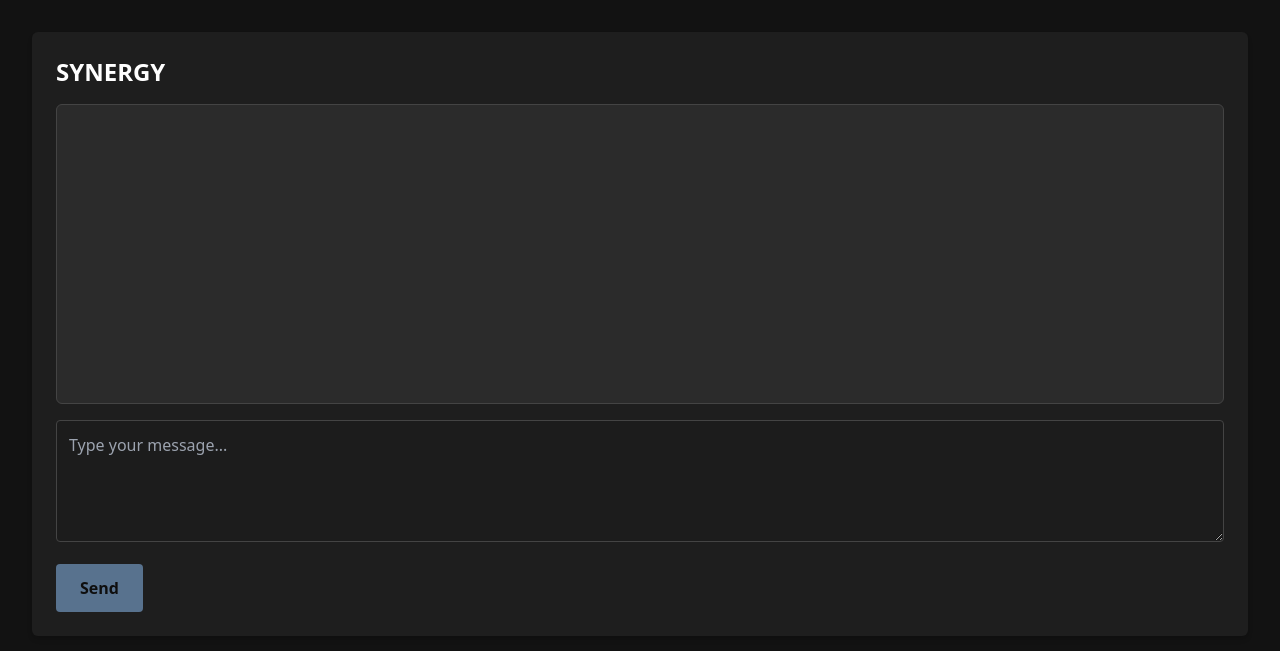
Repository: Theanh0410/Pre-thesis
Page: / (app in LLM/client/)
The author's editor kept a copy of each file at every save. The page is drawn from the files as they stood at one save, then again after the next save.
The browser window is 1280 px wide. The pictures show the whole page.
The project was rebuilt for these pictures with package versions that can differ from the ones it lists, and the page was loaded fresh each time. The framework's server and built-in components were replaced by stand-ins that run in the browser. Also part of the build but not shown: LLM/client/next.config.js, LLM/client/next.config.mjs.

Above is the page before, as saved 2025-04-11 20:44:02.

### LLM/client/pages/_app.js
import "../styles/global.css"
export default function App({ Component, pageProps }) {
  return <Component {...pageProps} />;
}

### LLM/client/pages/index.js
import { useState } from 'react';

export default function ChatApp() {
  const [prompt, setPrompt] = useState('');
  const [messages, setMessages] = useState([]);
  const [loading, setLoading] = useState(false);

  const sendPrompt = async () => {
    if (!prompt.trim()) return;

    const userMsg = { role: 'user', text: prompt };
    setMessages(prev => [...prev, userMsg]);
    setPrompt('');
    setLoading(true);

    try {
      const res = await fetch('/api/chat', {
        method: 'POST',
        headers: { 'Content-Type': 'application/json' },
        body: JSON.stringify({ prompt: userMsg.text }),
      });

      if (!res.ok || !res.body) {
        throw new Error(`HTTP error: ${res.status}`);
      }

      let botMsg = { role: 'bot', text: '' };
      setMessages(prev => [...prev, botMsg]);

      const reader = res.body.getReader();
      const decoder = new TextDecoder();

      while (true) {
        const { done, value } = await reader.read();
        if (done) break;

        const chunk = decoder.decode(value);
        botMsg = { ...botMsg, text: botMsg.text + chunk };
        setMessages(prev => [...prev.slice(0, -1), botMsg]);
      }
    } catch (err) {
      console.error(err);
      setMessages(prev => [
        ...prev.slice(0, -1),
        { role: 'bot', text: `❌ Error: ${err.message}` },
      ]);
    } finally {
      setLoading(false);
    }
  };

  return (
    <main className="min-h-screen p-8 bg-[#121212] text-[#e0e0e0] font-sans">
      <div className="max-w-[1300px] mx-auto bg-[#1e1e1e] p-6 rounded-md shadow-md">
        <h1 className="text-2xl text-white mb-4 font-semibold">SYNERGY</h1>

        <div className="h-[300px] overflow-y-auto bg-[#2b2b2b] border border-[#444] rounded-md p-4 mb-4">
          {messages.map((msg, idx) => (
            <div
              key={idx}
              className={`mb-3 whitespace-pre-wrap break-words ${
                msg.role === 'user' ? 'text-blue-300' : 'text-green-300'
              }`}
            >
              <strong>{msg.role === 'user' ? 'You' : 'SYNERGY'}:</strong> {msg.text}
            </div>
          ))}
          {loading && (
            <div className="italic text-gray-400">SYNERGY is typing...</div>
          )}
        </div>

        <textarea
          className="w-full p-3 border border-[#444] rounded resize-y bg-[#1c1c1c] text-white mb-4"
          rows={4}
          value={prompt}
          onChange={(e) => setPrompt(e.target.value)}
          placeholder="Type your message..."
          onKeyDown={(e) => {
            if (e.key === 'Enter' && !e.shiftKey) {
              e.preventDefault();
              sendPrompt();
            }
          }}
        />

        <button
          className="px-6 py-3 bg-blue-300 text-black font-bold rounded disabled:opacity-50 hover:bg-blue-400 transition"
          onClick={sendPrompt}
          disabled={loading || !prompt.trim()}
        >
          {loading ? 'Thinking...' : 'Send'}
        </button>
      </div>
    </main>
  );
}

Loaded but not shown: LLM/client/pages/_document.js (common file); LLM/client/styles/global.css (common file); LLM/client/tailwind.config.js (common file)

After the next save:
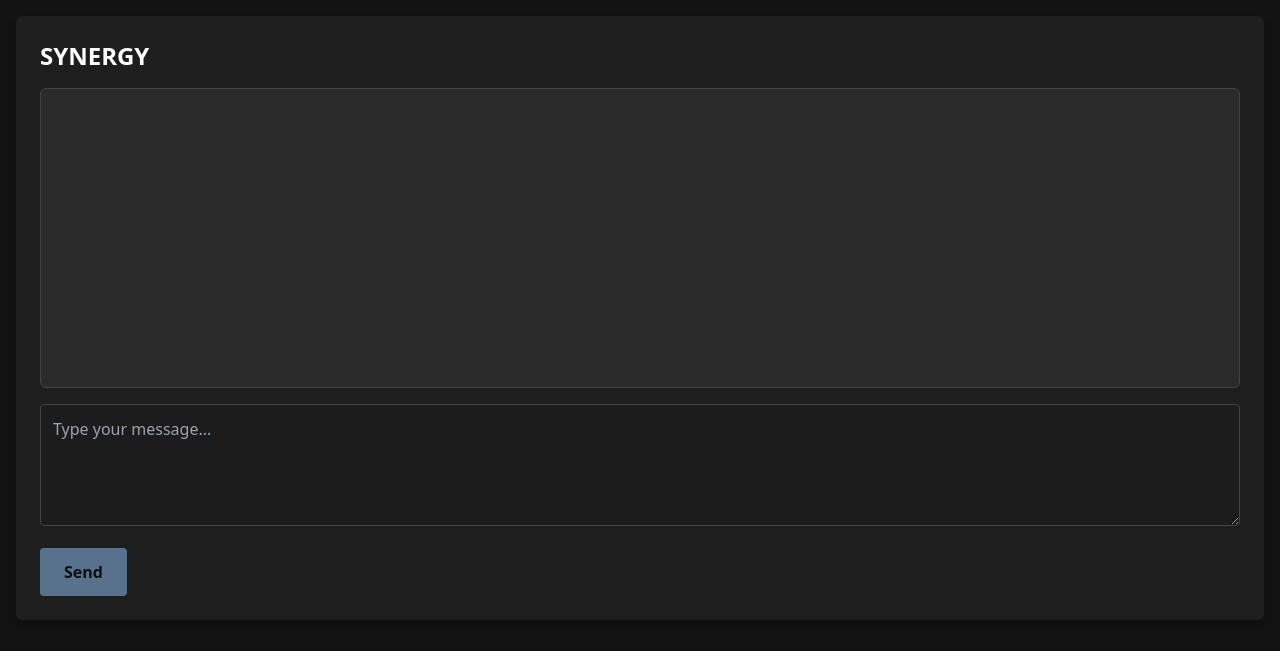
Saved 5 min 5 s later.
--- a/LLM/client/pages/index.js
+++ b/LLM/client/pages/index.js
@@ -50,7 +50,7 @@ export default function ChatApp() {
   };
 
   return (
-    <main className="min-h-screen p-8 bg-[#121212] text-[#e0e0e0] font-sans">
+    <main className="min-h-screen p-4 bg-[#121212] text-[#e0e0e0] font-sans">
       <div className="max-w-[1300px] mx-auto bg-[#1e1e1e] p-6 rounded-md shadow-md">
         <h1 className="text-2xl text-white mb-4 font-semibold">SYNERGY</h1>
 
